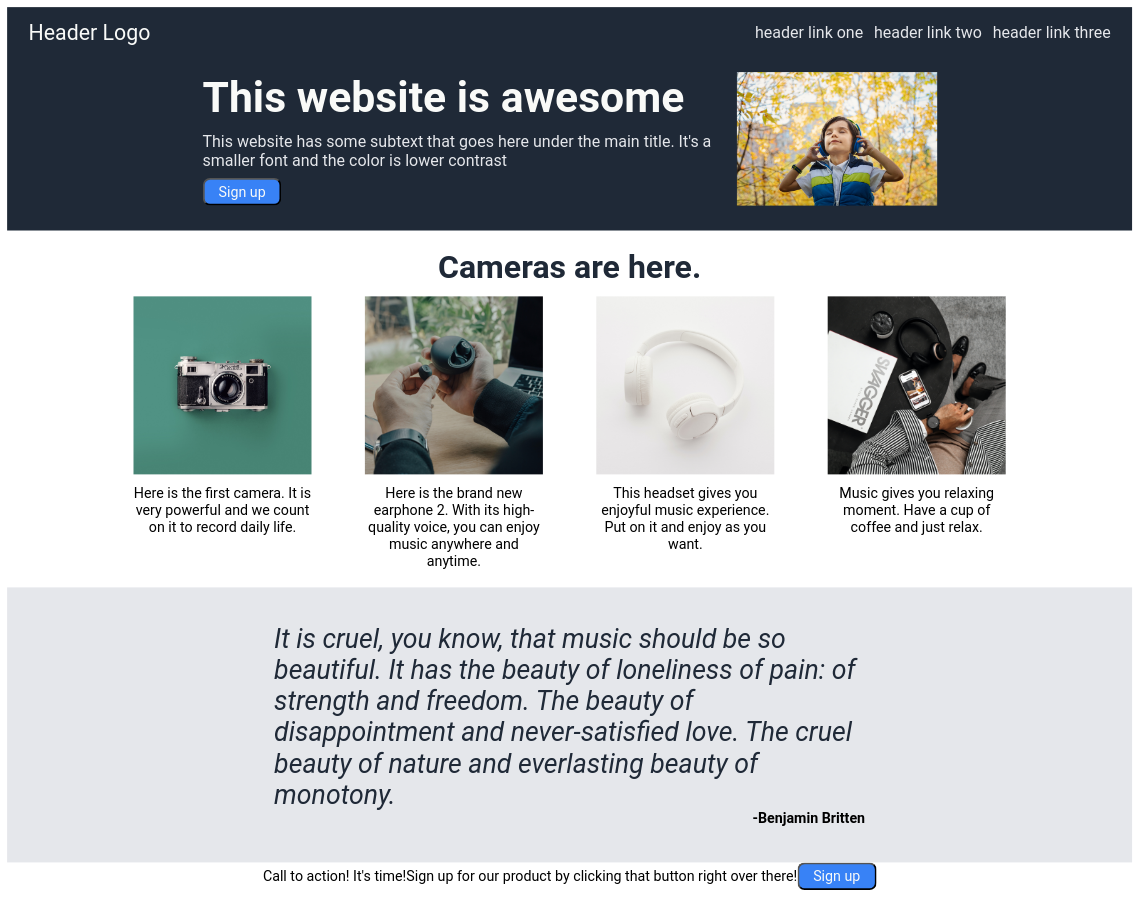
Repository: z1youRA/FirstWebsite
Page: index.html
The author's editor kept a copy of each file at every save. The page is drawn from the files as they stood at one save, then again after the next save.
The browser window is 1280 px wide. The pictures show the whole page, at 89% of full size.

Above is the page before, as saved 2021-11-25 18:59:50.

After the next save:
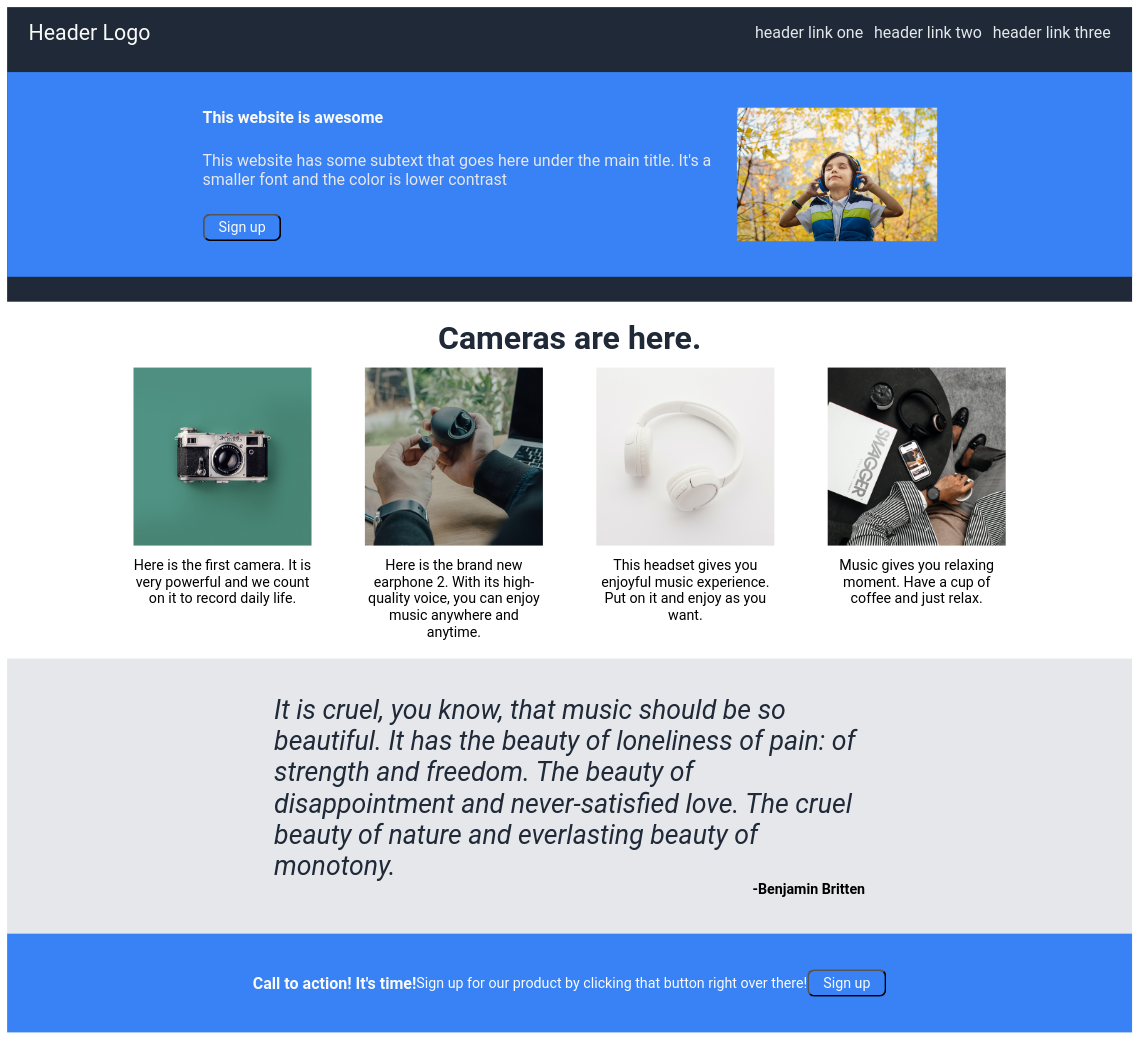
Saved 20 s later.
--- a/styles.css
+++ b/styles.css
@@ -125,17 +125,17 @@ ul {
     text-align: end;
 }
 
-.end {
+.container {
     color: #F9FAF8;
     padding: 40px 100px;
     background-color: #3882f6;
 }
 
-.end .main {
+.container .main {
     font-weight: bold;
     font-size: 18px;
 }
 
-.end button {
+.container button {
 
 }
